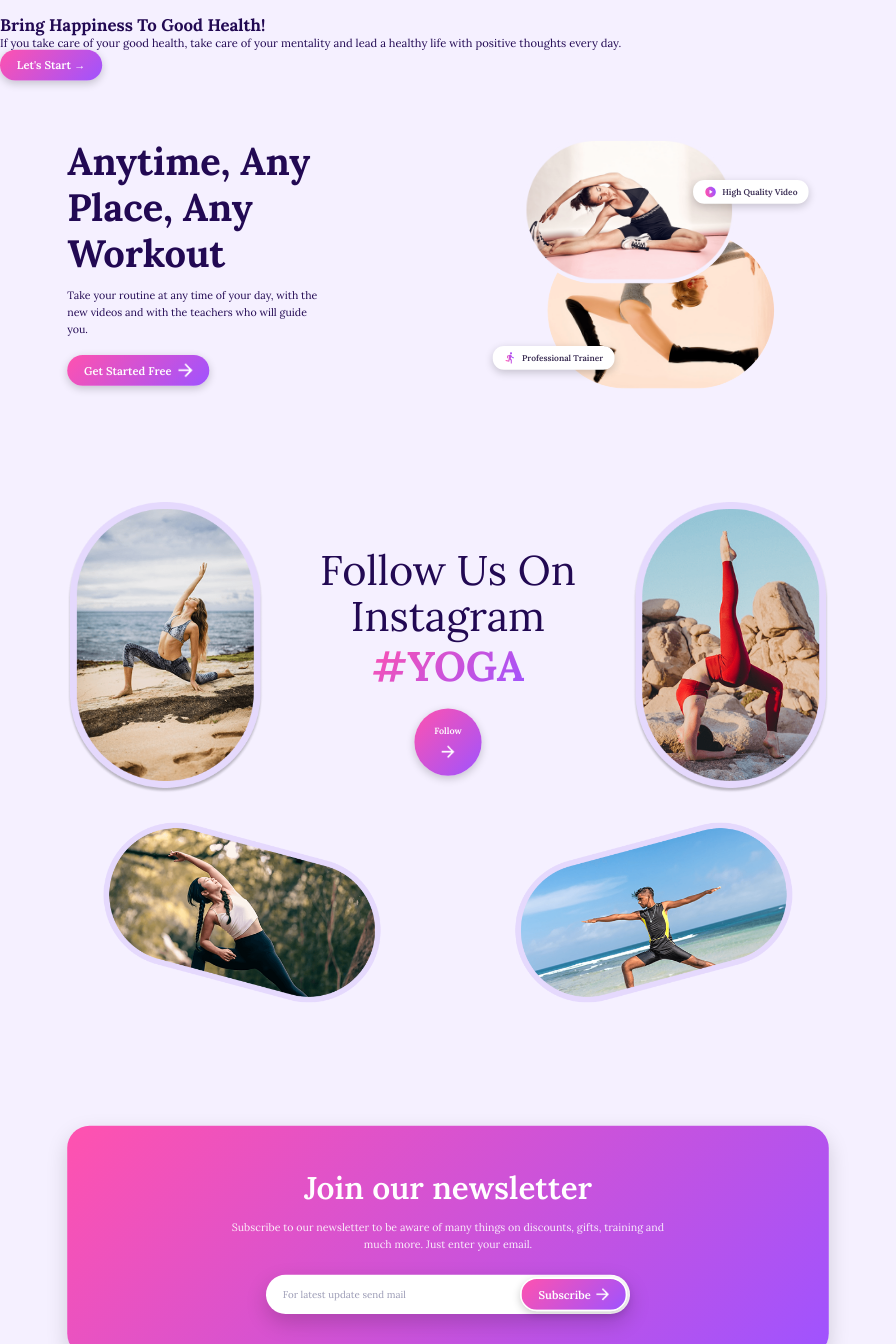
Repository: EunsuhJeon/responsive-yoga-website
Page: index.html
These files come from the project's save history. The page is drawn as it stood at one moment and after the next save; the edit follows.
The browser window is 1280 px wide. The pictures show the part of the page from y = 1053 to 2973 px (the page is 3412 px tall), at 70% of full size.

Above is the page before, as saved 2025-11-27 00:39:19.

After the next save:
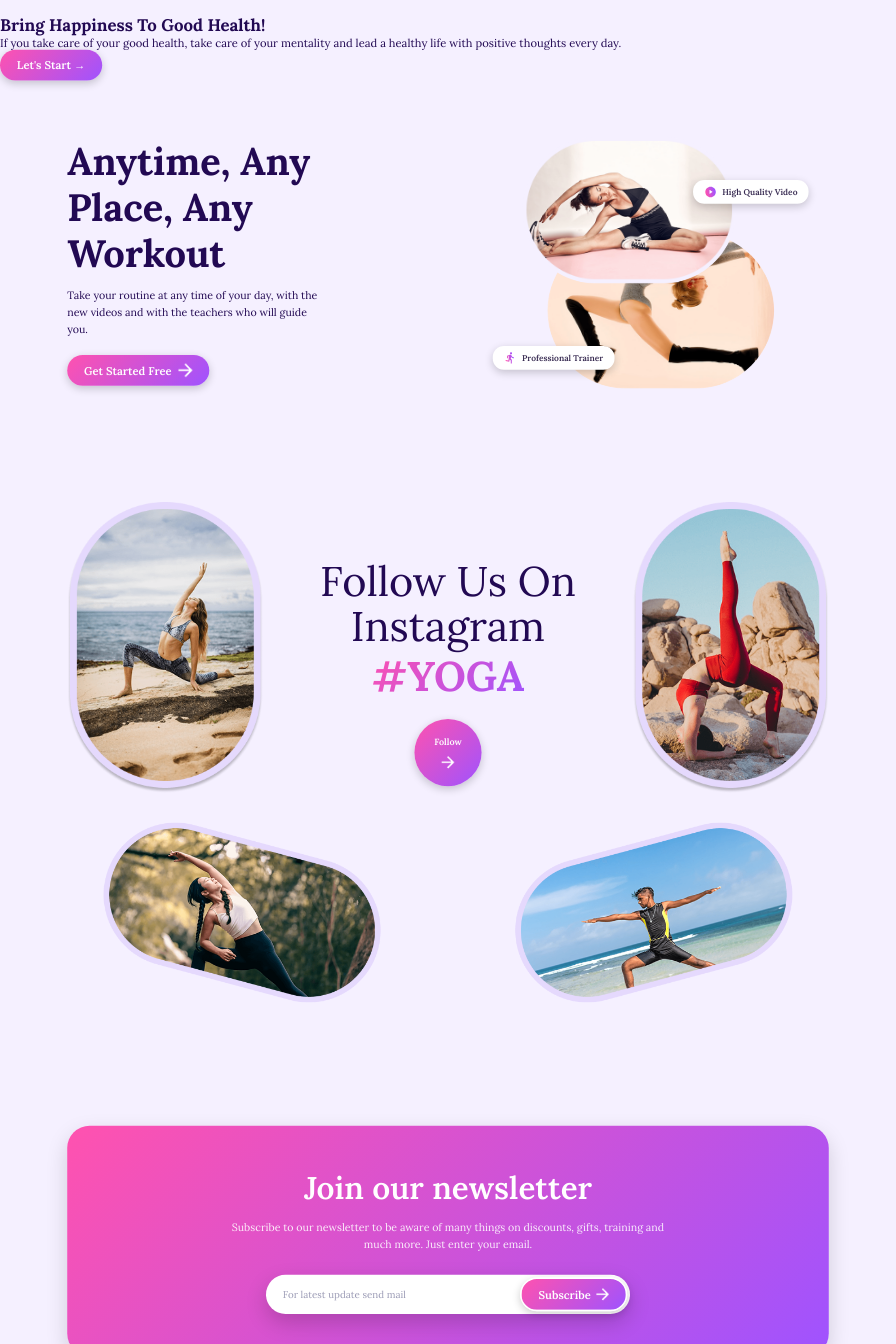
Saved 10 s later.
--- a/main.css
+++ b/main.css
@@ -624,7 +624,7 @@ header a{
 .seccion-5-title {
   font-size: clamp(2rem, 4vw + 0.5rem, 4rem); /* máx 64px */
   line-height: 1.1;
-  margin-top: 40px;
+  margin-top: 70px;
   font-weight: 400;
 
 }
